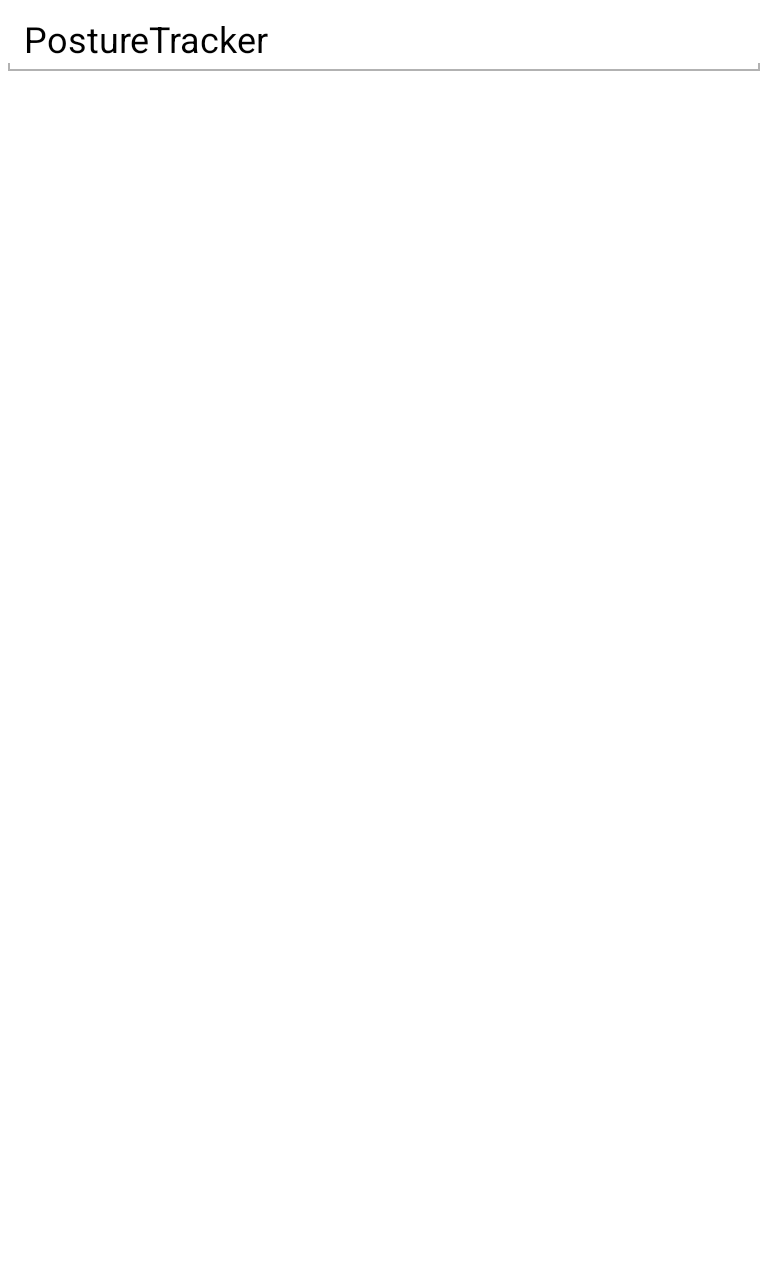
Repository: natgabb/PostureTracker
Layout: AndroidApp/PostureTracker/res/layout/activity_main.xml
The author's editor kept a copy of each file at every save. The layout is drawn from the files as they stood at one save, then again after the next save.
It is drawn on a 768 x 1280 px phone screen (xhdpi) without system bars, with theme AppTheme; the app's code is not run.

Above is the layout before, as saved 2014-09-27 16:07:39.

After the next save:
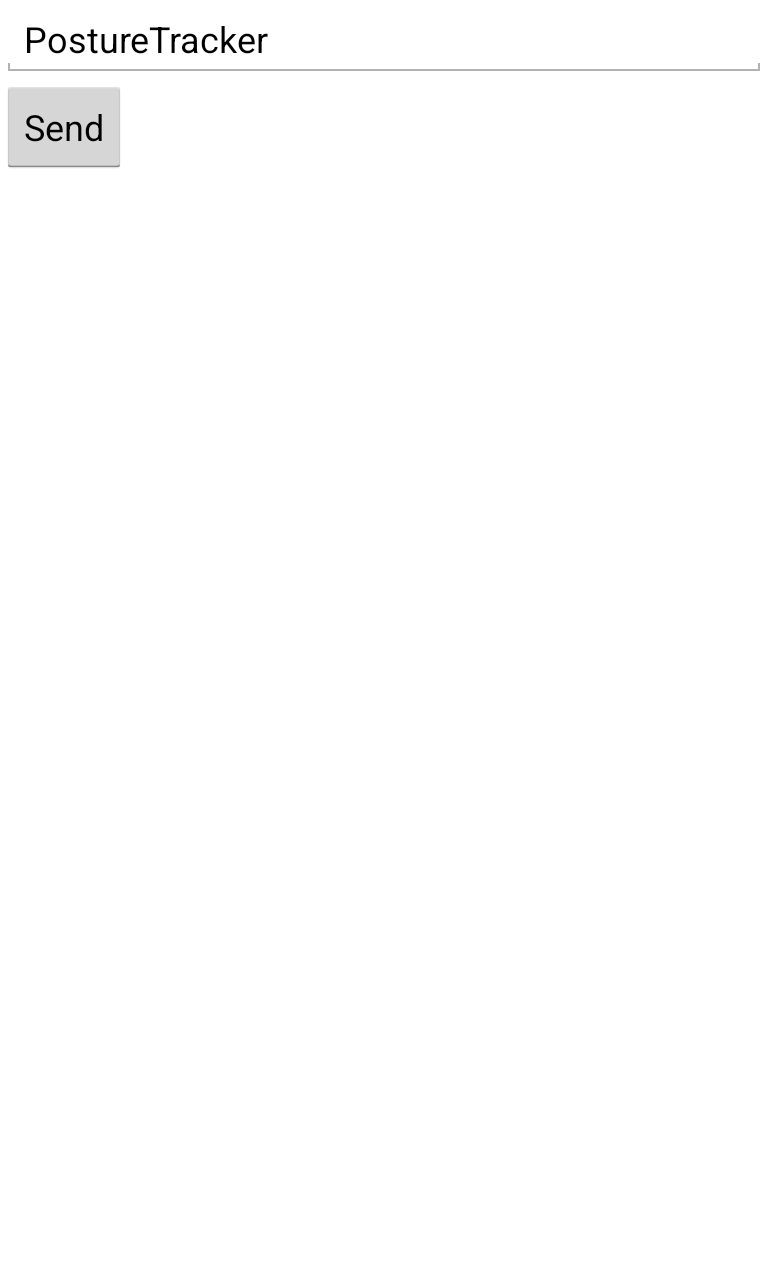
Saved 51 s later.
--- a/AndroidApp/PostureTracker/res/layout/activity_main.xml
+++ b/AndroidApp/PostureTracker/res/layout/activity_main.xml
@@ -11,10 +11,12 @@
         android:layout_height="wrap_content"
         android:text="PostureTracker" >
     </EditText>
-    <TextView
-        android:id="@+id/text2"
+    <Button
+        android:id="@+id/myButton"
         android:layout_width="wrap_content"
         android:layout_height="wrap_content"
-        android:text="" />
+        android:onClick="onClick"
+        android:text="Send"
+        ></Button>
 
 </LinearLayout>
